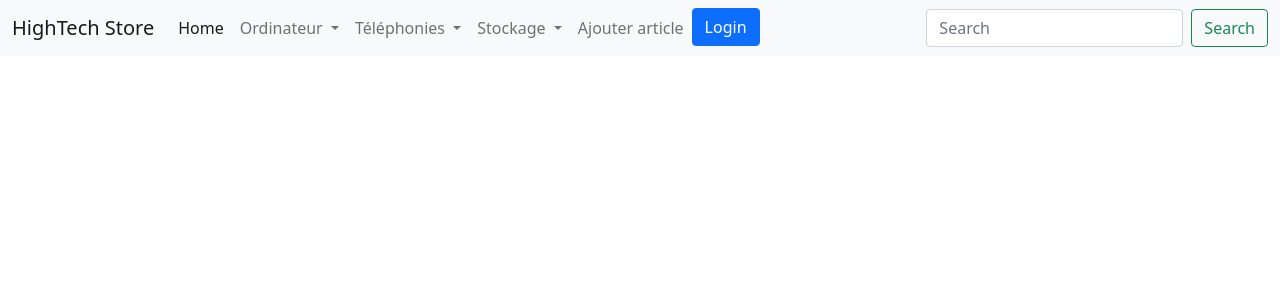
Repository: HaPhuong-krys/M1-angular
Page: /PcPortable
An editor plug-in stored every save of this project. The page is shown before and after the next save, followed by the edit.
The browser window is 1280 px wide. The pictures show the whole page.
The page's requests for data from a server got no answer. The project was rebuilt for these pictures with package versions that can differ from the ones it lists, and the page was loaded fresh each time. No one was signed in, and anything a server would have sent is missing. Also part of the build but not shown: angular.json, src/app/connexion/connexion.component.ts, src/app/connexion/auth.service.ts, src/app/home/home.component.ts, src/app/pc-bureau/pc-bureau.component.ts, src/app/ajouter-article-form/ajouter-article-form.component.ts, src/app/Model/Articles.ts, src/app/accessoire-ordi/accessoire-ordi.component.ts and 11 more.

Above is the page before, as saved 2023-04-22 23:57:51.

### src/index.html
<!doctype html>
<html lang="en">
<head>
  <meta charset="utf-8">
  <title>HighTechStore</title>
  <base href="/">
  <meta name="viewport" content="width=device-width, initial-scale=1">
  <link rel="icon" type="image/x-icon" href="favicon.ico">
  <!-- Boostrap css -->
  <link href="https://cdn.jsdelivr.net/npm/bootstrap@5.0.2/dist/css/bootstrap.min.css"
  rel="stylesheet" integrity="sha384-EVSTQN3/azprG1Anm3QDgpJLIm9Nao0Yz1ztcQTwFspd3yD65VohhpuuCOmLASjC" crossorigin="anonymous">
</head>
<body>
  <app-root></app-root>
   <!-- Boostrap -->
  <script src="https://cdn.jsdelivr.net/npm/@popperjs/core@2.9.2/dist/umd/popper.min.js"
  integrity="sha384-IQsoLXl5PILFhosVNubq5LC7Qb9DXgDA9i+tQ8Zj3iwWAwPtgFTxbJ8NT4GN1R8p" crossorigin="anonymous"></script>
  <script src="https://cdn.jsdelivr.net/npm/bootstrap@5.0.2/dist/js/bootstrap.min.js"
  integrity="sha384-cVKIPhGWiC2Al4u+LWgxfKTRIcfu0JTxR+EQDz/bgldoEyl4H0zUF0QKbrJ0EcQF" crossorigin="anonymous"></script>
</body>
</html>

### src/app/app.module.ts
import { NgModule } from '@angular/core';
import { BrowserModule } from '@angular/platform-browser';

import { AppRoutingModule } from './app-routing.module';
import { AppComponent } from './app.component';
import { NavbarComponent } from './navbar/navbar.component';
import { HomeComponent } from './home/home.component';
import { PcPortableComponent } from './pc-portable/pc-portable.component';
import { PcBureauComponent } from './pc-bureau/pc-bureau.component';
import { ConnexionComponent } from './connexion/connexion.component';
import { PhonesModule } from './modules/phones/phones.module';
import { StockageModule } from './modules/stockage/stockage.module';
import { AjouterArticleFormComponent } from './ajouter-article-form/ajouter-article-form.component';
import {HttpClientModule} from '@angular/common/http';
import { PcPortableServiceService } from './pc-portable-service.service';
import { FormCreationArticleService } from './form-creation-article.service';
import { FooterComponent } from './footer/footer.component';
import { FormsModule } from '@angular/forms';
import { HomeService } from './home.service';
import { PcBureauServiceService } from './pc-bureau-service.service';
import { AccesOrdiServiceService } from './acces-ordi-service.service';
import { AccessoireOrdiComponent } from './accessoire-ordi/accessoire-ordi.component';
import { SmartPhoneComponent } from './smart-phone/smart-phone.component';
import { SmartPhoneServiceService } from './smart-phone-service.service';
import { TelephoneFixComponent } from './telephone-fix/telephone-fix.component';
import { TelephoneFixServiceService } from './telephone-fix-service.service';
import { AccessoireTelfixComponent } from './accessoire-telfix/accessoire-telfix.component';
import { AccesTelfixServiceService } from './acces-telfix-service.service';
import { DisqueDurComponent } from './disque-dur/disque-dur.component';
import { UsbComponent } from './usb/usb.component';
import { AccessoireStockageComponent } from './accessoire-stockage/accessoire-stockage.component';
import { DisqueDurServiceService } from './disque-dur-service.service';
import { UsersComponent } from './users/users.component';
import { DeconnexionComponent } from './deconnexion/deconnexion.component';

@NgModule({
  declarations: [
    AppComponent,
    NavbarComponent,
    HomeComponent,
    PcPortableComponent,
    PcBureauComponent,
    ConnexionComponent,
    AjouterArticleFormComponent,
    FooterComponent,
    AccessoireOrdiComponent,
    SmartPhoneComponent,
    TelephoneFixComponent,
    AccessoireTelfixComponent,
    DisqueDurComponent,
    UsbComponent,
    AccessoireStockageComponent,
    UsersComponent,
    DeconnexionComponent,


  ],
  imports: [
    BrowserModule,
    AppRoutingModule,
    PhonesModule,
    StockageModule,
    HttpClientModule,
    FormsModule
  ],
  providers: [
    PcPortableServiceService,
    FormCreationArticleService,
    HomeService,
    PcBureauServiceService,
    AccesOrdiServiceService,
    SmartPhoneServiceService,
    TelephoneFixServiceService,
    AccesTelfixServiceService,
    DisqueDurServiceService
  ],
  bootstrap: [AppComponent]
})
export class AppModule { }

### src/app/app-routing.module.ts
import { NgModule } from '@angular/core';
import { RouterModule, Routes } from '@angular/router';
import { ConnexionComponent } from './connexion/connexion.component';
import { HomeComponent } from './home/home.component';
import { PcBureauComponent } from './pc-bureau/pc-bureau.component';
import { PcPortableComponent } from './pc-portable/pc-portable.component';
import { AjouterArticleFormComponent } from './ajouter-article-form/ajouter-article-form.component';
import { AccessoireOrdiComponent } from './accessoire-ordi/accessoire-ordi.component';
import { SmartPhoneComponent } from './smart-phone/smart-phone.component';
import { TelephoneFixComponent } from './telephone-fix/telephone-fix.component';
import { AccessoireTelfixComponent } from './accessoire-telfix/accessoire-telfix.component';
import { DisqueDurComponent } from './disque-dur/disque-dur.component';
import { UsbComponent } from './usb/usb.component';
import { AccessoireStockageComponent } from './accessoire-stockage/accessoire-stockage.component';

const routes: Routes = [
  { path:'home', component:HomeComponent},
  { path: 'PcPortable', component: PcPortableComponent},
  { path: 'PcBureau', component: PcBureauComponent},
  { path: 'Connexion', component: ConnexionComponent},
  { path: 'AjouterAticleForm', component: AjouterArticleFormComponent},
  { path: 'AccessoireOrdi', component: AccessoireOrdiComponent},
  { path: 'SmartPhone', component: SmartPhoneComponent},
  { path: 'telephoneFix', component: TelephoneFixComponent},
  { path: 'AccessoireTelFix', component: AccessoireTelfixComponent},
  { path: 'DisqueDur', component: DisqueDurComponent},
  { path: 'USB', component: UsbComponent},
  { path: 'AccessoireStock', component : AccessoireStockageComponent}
];

@NgModule({
  imports: [RouterModule.forRoot(routes)],
  exports: [RouterModule]
})
export class AppRoutingModule { }

### src/app/app.component.ts
import { Component } from '@angular/core';

@Component({
  selector: 'app-root',
  templateUrl: './app.component.html',
  styleUrls: ['./app.component.css']
})
export class AppComponent {
  title = 'HighTechStore';
}

### src/app/pc-portable/pc-portable.component.ts
import { Component } from '@angular/core';
import { PcPortableServiceService } from '../pc-portable-service.service';
import { Articles } from '../Model/Articles';

@Component({
  selector: 'app-pc-portable',
  templateUrl: './pc-portable.component.html',
  styleUrls: ['./pc-portable.component.css']
})
export class PcPortableComponent {

  article: Array<Articles> = [];

  constructor(private portableService : PcPortableServiceService){

  }

  ngOnInit(): void {
    this.getArticlePCportable();
  }

  getArticlePCportable() {
    this.portableService.getArticlePcPortable().subscribe(res => {
      this.article = res;
      console.log(this.article);
    });
  }
}

### src/app/modules/phones/phones.module.ts
import { NgModule } from '@angular/core';
import { CommonModule } from '@angular/common';

import { PhonesRoutingModule } from './phones-routing.module';


@NgModule({
  declarations: [],
  imports: [
    CommonModule,
    PhonesRoutingModule
  ]
})
export class PhonesModule { }

### src/app/modules/stockage/stockage.module.ts
import { NgModule } from '@angular/core';
import { CommonModule } from '@angular/common';

import { StockageRoutingModule } from './stockage-routing.module';


@NgModule({
  declarations: [],
  imports: [
    CommonModule,
    StockageRoutingModule
  ]
})
export class StockageModule { }

### src/app/pc-portable-service.service.ts
import { Injectable } from '@angular/core';
import  { HttpClient, HttpClientModule } from  '@angular/common/http';
import { Observable } from 'rxjs';
import { Articles } from './Model/Articles';


@Injectable({
  providedIn: 'root'
})
export class PcPortableServiceService {
  url_portable = 'http://localhost:8080/Projet-REST-V1/articles/list/PC_Portable';

  constructor(private http:HttpClient) { }

  getArticlePcPortable():Observable<Array<Articles>>{
    return this.http.get<Array<Articles>>(this.url_portable);
  }
}

### src/app/form-creation-article.service.ts
import { Injectable } from '@angular/core';
import  { HttpClient, HttpClientModule, HttpHeaders } from  '@angular/common/http';
import { Observable } from 'rxjs';
import { Categories } from './Model/Categories';
import { Articles } from './Model/Articles';


@Injectable({
  providedIn: 'root'
})
export class FormCreationArticleService {

  url = 'http://localhost:8080/Projet-REST-V1/categories/list';

  addUrl = 'http://localhost:8080/Projet-REST-V1/articles';

  articleData: any = {};

  constructor(private http:HttpClient) { }

  getAllCategories():Observable<Array<Categories>>{
    return this.http.get<Array<Categories>>(this.url);
  }

  httpOptions = {
    headers: new HttpHeaders({ 'Content-Type': 'application/json' })
  };

  addArticle(article: Articles): Observable<Articles> {
    const url = `${this.addUrl}/add`;
    return this.http.post<Articles>(url, article, this.httpOptions);
    //return this.http.post<Articles[]>(`${this.addUrl}/add`, article);
  }

}

### src/app/home.service.ts
import { Injectable } from '@angular/core';
import  { HttpClient, HttpClientModule, HttpHeaders } from  '@angular/common/http';
import { Observable } from 'rxjs';
import { Categories } from './Model/Categories';
import { Articles } from './Model/Articles';

@Injectable({
  providedIn: 'root'
})
export class HomeService {
  url = 'http://localhost:8080/Projet-REST-V1/articles/list';
  articleData: any = {};

  constructor(private http:HttpClient) { }

  getAllArticle():Observable<Array<Articles>>{
    return this.http.get<Array<Articles>>(this.url);
  }
}

### src/app/pc-bureau-service.service.ts
import { HttpClient } from '@angular/common/http';
import { Injectable } from '@angular/core';
import { Observable } from 'rxjs';
import { Articles } from './Model/Articles';

@Injectable({
  providedIn: 'root'
})
export class PcBureauServiceService {

  url_bureau = 'http://localhost:8080/Projet-REST-V1/articles/list/PC_Bureau';

  constructor(private http:HttpClient) { }

  getArticlePcBureau():Observable<Array<Articles>>{
    return this.http.get<Array<Articles>>(this.url_bureau);
  }
}

### src/app/acces-ordi-service.service.ts
import { HttpClient } from '@angular/common/http';
import { Injectable } from '@angular/core';
import { Observable } from 'rxjs';
import { Articles } from './Model/Articles';

@Injectable({
  providedIn: 'root'
})
export class AccesOrdiServiceService {

  access_ordi = 'http://localhost:8080/Projet-REST-V1/articles/list/accessoire_ordi';
  constructor(private http:HttpClient) { }

  getArticleAccesoireOrdi(): Observable<Array<Articles>>{
    return this.http.get<Array<Articles>>(this.access_ordi);
  }
}

### src/app/smart-phone-service.service.ts
import { HttpClient } from '@angular/common/http';
import { Injectable } from '@angular/core';
import { Observable } from 'rxjs';
import { Articles } from './Model/Articles';

@Injectable({
  providedIn: 'root'
})
export class SmartPhoneServiceService {

  url_smartphone = 'http://localhost:8080/Projet-REST-V1/articles/list/smartphone';


  constructor(private http: HttpClient) { }

  getArticleSmartphone():Observable<Array<Articles>>{
    return this.http.get<Array<Articles>>(this.url_smartphone);
  }
}

### src/app/telephone-fix-service.service.ts
import { HttpClient } from '@angular/common/http';
import { Injectable } from '@angular/core';
import { Articles } from './Model/Articles';

@Injectable({
  providedIn: 'root'
})
export class TelephoneFixServiceService {
  url_telFix = 'http://localhost:8080/Projet-REST-V1/articles/list/telephoneFix';

  constructor(private http: HttpClient) { }

  getArticleTelephoneFix(){
    return this.http.get<Array<Articles>>(this.url_telFix);
  }
}

### src/app/acces-telfix-service.service.ts
import { HttpClient } from '@angular/common/http';
import { Injectable } from '@angular/core';
import { Articles } from './Model/Articles';

@Injectable({
  providedIn: 'root'
})
export class AccesTelfixServiceService {

  url_accesstel= 'http://localhost:8080/Projet-REST-V1/articles/list/accessoire_tel';

  constructor(private http:HttpClient) { }

  getArticleAccessoireTelFix(){
    return this.http.get<Array<Articles>>(this.url_accesstel);
  }

}

### src/app/disque-dur-service.service.ts
import { HttpClient } from '@angular/common/http';
import { Injectable } from '@angular/core';
import { Articles } from './Model/Articles';

@Injectable({
  providedIn: 'root'
})
export class DisqueDurServiceService {

  url_disque = 'http://localhost:8080/Projet-REST-V1/articles/list/Disque_dur';

  constructor(private http:HttpClient) { }

  getArticleDisqurDur(){
    return this.http.get<Array<Articles>>(this.url_disque);
  }

}

### src/app/navbar/navbar.component.html

<nav class="navbar navbar-expand-lg navbar-light bg-light">
    <div class="container-fluid">
      <a class="navbar-brand" href="#">HighTech Store</a>
      <button class="navbar-toggler" type="button" data-bs-toggle="collapse" data-bs-target="#navbarSupportedContent" aria-controls="navbarSupportedContent" aria-expanded="false" aria-label="Toggle navigation">
        <span class="navbar-toggler-icon"></span>
      </button>
      <div class="collapse navbar-collapse" id="navbarSupportedContent">
        <ul class="navbar-nav me-auto mb-2 mb-lg-0">
          <li class="nav-item">
            <a class="nav-link active" aria-current="page" href="/home">Home</a>
          </li>
          <li class="nav-item dropdown">
            <a class="nav-link dropdown-toggle" href="#" id="navbarDropdown" role="button" data-bs-toggle="dropdown" aria-expanded="false">
              Ordinateur
            </a>
            <ul class="dropdown-menu" aria-labelledby="navbarDropdown">
              <li><a class="dropdown-item" routerLink="/PcPortable">Pc Portable</a></li>
              <li><a class="dropdown-item" routerLink="/PcBureau">Pc Bureau</a></li>
              <li><hr class="dropdown-divider"></li>
              <li><a class="dropdown-item" href="/AccessoireOrdi">Accessoire</a></li>
            </ul>
          </li>
          <li class="nav-item dropdown">
            <a class="nav-link dropdown-toggle" href="#" id="navbarDropdown" role="button" data-bs-toggle="dropdown" aria-expanded="false">
              Téléphonies
            </a>
            <ul class="dropdown-menu" aria-labelledby="navbarDropdown">
              <li><a class="dropdown-item" routerLink="/SmartPhone">Smart Phone</a></li>
              <li><a class="dropdown-item" routerLink="/telephoneFix">Téléphone Fixe</a></li>
              <li><hr class="dropdown-divider"></li>
              <li><a class="dropdown-item" href="/AccessoireTelFix">Accessoire</a></li>
            </ul>
          </li>

          <li class="nav-item dropdown">
            <a class="nav-link dropdown-toggle" href="#" id="navbarDropdown" role="button" data-bs-toggle="dropdown" aria-expanded="false">
              Stockage
            </a>
            <ul class="dropdown-menu" aria-labelledby="navbarDropdown">
              <li><a class="dropdown-item" routerLink="/DisqueDur">Disque Dur</a></li>
              <li><a class="dropdown-item" routerLink="/USB">Clé USB</a></li>
              <li><hr class="dropdown-divider"></li>
              <li><a class="dropdown-item" href="/AccessoireStock">Accessoire</a></li>
            </ul>
          </li>

          <li class="nav-item">
            <a class="nav-link" href="/AjouterAticleForm">Ajouter article</a>
          </li>

          <li class="nav-item">
            <a href="/Connexion" class="btn btn-primary" role="button">Login</a>
          </li>
        </ul>
        <form class="d-flex">
          <input class="form-control me-2" type="search" placeholder="Search" aria-label="Search">
          <button class="btn btn-outline-success" type="submit">Search</button>
        </form>
      </div>
    </div>
  </nav>

### src/app/pc-portable/pc-portable.component.html
<div class="row">
    <div class="col-sm-4" *ngFor="let article of article">
      <div class="card" style="width: 22rem;">
        <img src="../../assets/image/Pc_Portable/pcp1.jpg" class="card-img-top" alt="...">
        <div class="card-body">
        <h5 class="card-title">{{article.libelle}}</h5>
        <p class="card-text">Description : {{article.description}}</p>
      </div>
    <ul class="list-group list-group-flush">
      <li class="list-group-item">Categorie : {{ article.categorie}}</li>
      <li class="list-group-item">Prix {{ article.prix}}</li>
    </ul>
    <div class="row">
      <div class="col-sm-6">
        <a href="#" class="btn btn-primary">Details</a>
      </div>
      <div class="col-sm-6">
        <a href="#" class="btn btn-primary">Ajouter</a>
      </div>
    </div>
  </div>

### src/app/modules/phones/phones-routing.module.ts
import { NgModule } from '@angular/core';
import { RouterModule, Routes } from '@angular/router';

const routes: Routes = [];

@NgModule({
  imports: [RouterModule.forChild(routes)],
  exports: [RouterModule]
})
export class PhonesRoutingModule { }

### src/app/modules/stockage/stockage-routing.module.ts
import { NgModule } from '@angular/core';
import { RouterModule, Routes } from '@angular/router';

const routes: Routes = [];

@NgModule({
  imports: [RouterModule.forChild(routes)],
  exports: [RouterModule]
})
export class StockageRoutingModule { }

Loaded but not shown: src/styles.css (common file); src/main.ts (common file); src/app/navbar/navbar.component.ts (common file); src/app/app.component.html (common file); src/app/app.component.css (no stored copy; drawn as an empty file); src/app/navbar/navbar.component.css (no stored copy; drawn as an empty file); src/app/pc-portable/pc-portable.component.css (no stored copy; drawn as an empty file)

After the next save:
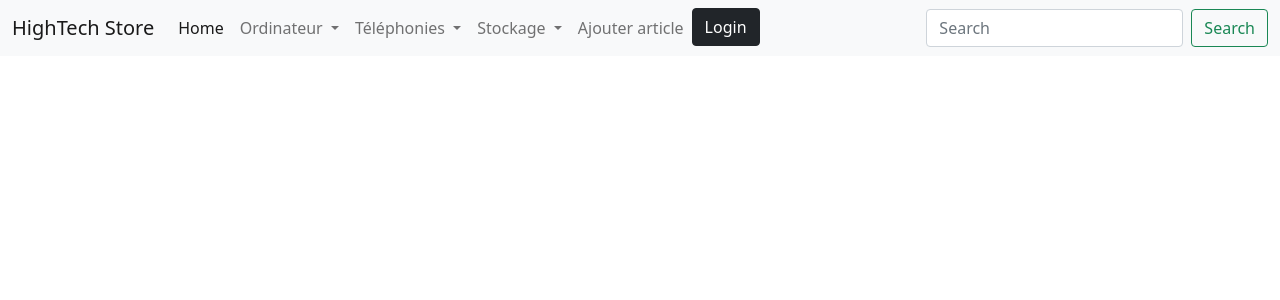
Saved 44 s later.
--- a/src/app/navbar/navbar.component.html
+++ b/src/app/navbar/navbar.component.html
@@ -50,7 +50,7 @@
           </li>
 
           <li class="nav-item">
-            <a href="/Connexion" class="btn btn-primary" role="button">Login</a>
+            <a href="/Connexion" class="btn btn-dark" role="button">Login</a>
           </li>
         </ul>
         <form class="d-flex">
